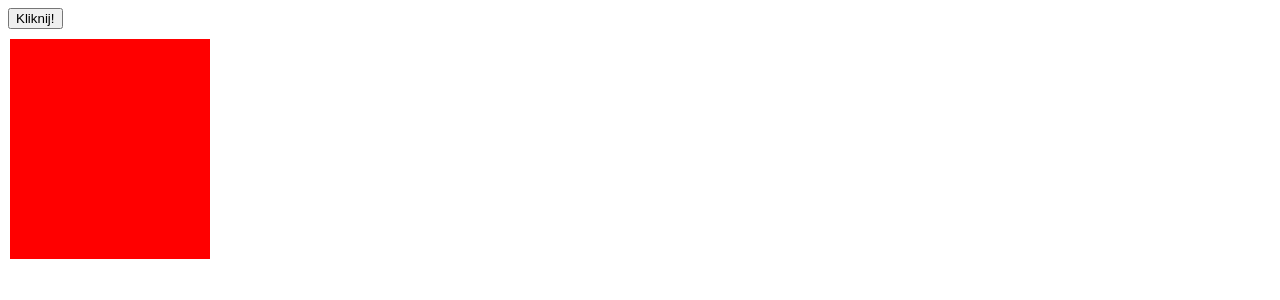
Repository: magdaf41/jQuery
Page: zadanie 3/index.html
The author's editor kept a copy of each file at every save. The page is drawn from the files as they stood at one save, then again after the next save.
The browser window is 1280 px wide. The pictures show the whole page.
Some web libraries are served in a nearby version.

Above is the page before, as saved 2020-09-10 18:01:55.

### zadanie 3/index.html
<!DOCTYPE html>
<html lang="en">

<head>
    <meta charset="UTF-8">
    <meta name="viewport" content="width=device-width, initial-scale=1.0">
    <title>Animation</title>
    <link rel="stylesheet" href="css/style.css">
</head>

<body>
    <button id="button">Kliknij!</button>
    <div id="square"></div>
    <script src="https://cdnjs.cloudflare.com/ajax/libs/jquery/3.2.1/jquery.min.js"></script>
    <script src="https://code.jquery.com/ui/1.12.1/jquery-ui.min.js" integrity="sha256-VazP97ZCwtekAsvgPBSUwPFKdrwD3unUfSGVYrahUqU=" crossorigin="anonymous"></script>
    <script src="js/main.js"></script>
</body>

</html>

### zadanie 3/css/style.css
#square {
    width: 200px;
    height: 200px;
    background-color: red;
    position: absolute;
    left: 10px;
    margin-top: 10px;
    text-align: center;
    color: yellow;
    font-size: 10px;
    padding-top: 20px;
  }

### zadanie 3/js/main.js
$(document).ready(function() {
    animateSquare();
  })

  function animateSquare() {
    $('#button').click(function() {
      $('#square').animate({'height' : '100px','width' : '100px','left' : '100px',}, 3000,
      function (){
         $('#square').animate({'backgroundColor' : 'blue'}, 5000,
         function () {
                $('#square').html('<h2>Animacja zakończona</h2>');
           });
      });
      });
  }

After the next save:
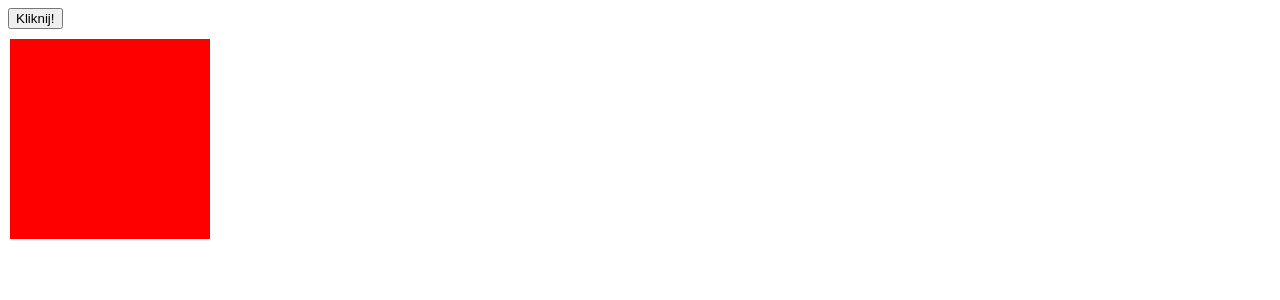
Saved 46 s later.
--- a/zadanie 3/css/style.css
+++ b/zadanie 3/css/style.css
@@ -8,5 +8,5 @@
     text-align: center;
     color: yellow;
     font-size: 10px;
-    padding-top: 20px;
+
   }
